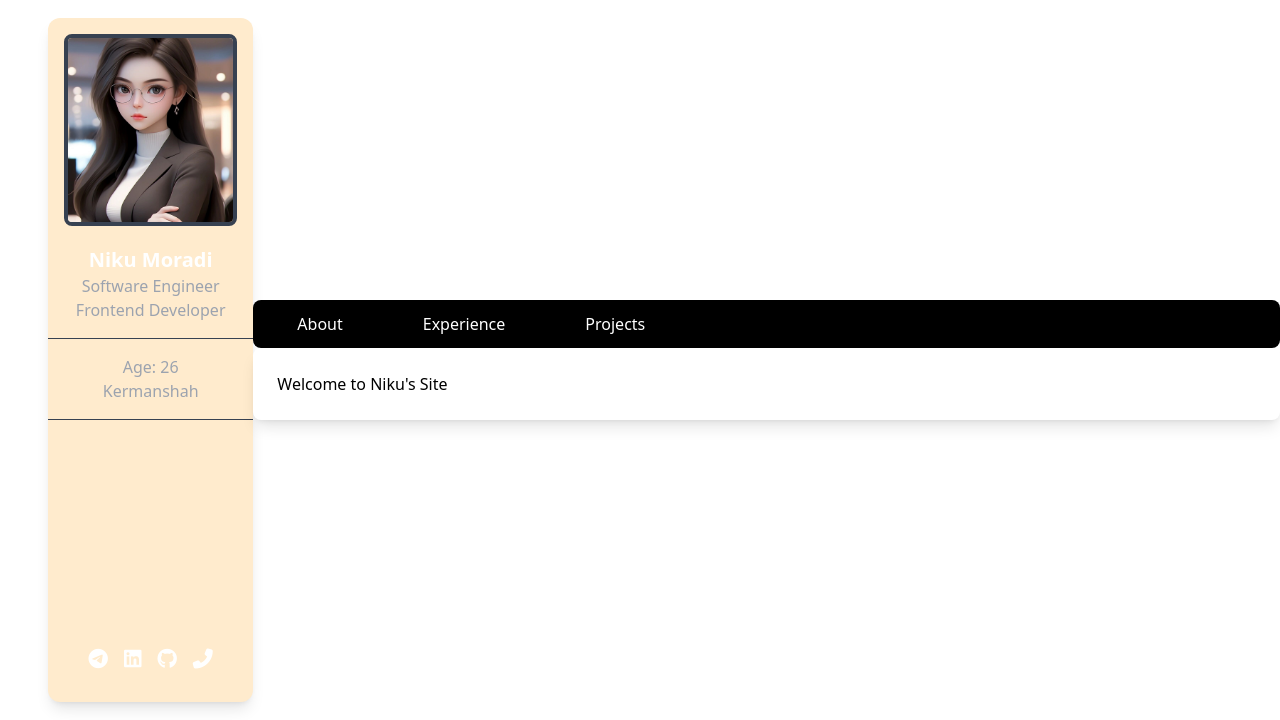
Repository: NikuMoradi/niku-moradi
Page: /
An editor plug-in stored every save of this project. The page is shown before and after the next save, followed by the edit.
The browser window is 1280 px wide. The pictures show the whole page.
The project was rebuilt for these pictures with package versions that can differ from the ones it lists, and the page was loaded fresh each time. The framework's server and built-in components were replaced by stand-ins that run in the browser. Also part of the build but not shown: nuxt.config.ts, components/Blog Posts/Component-Design.vue, components/Blog.vue, components/Contact.vue, components/Education.vue, components/Experience.vue, components/Hero.vue, components/MyPage.vue and 2 more.

Above is the page before, as saved 2024-11-28 21:18:14.

After the next save:
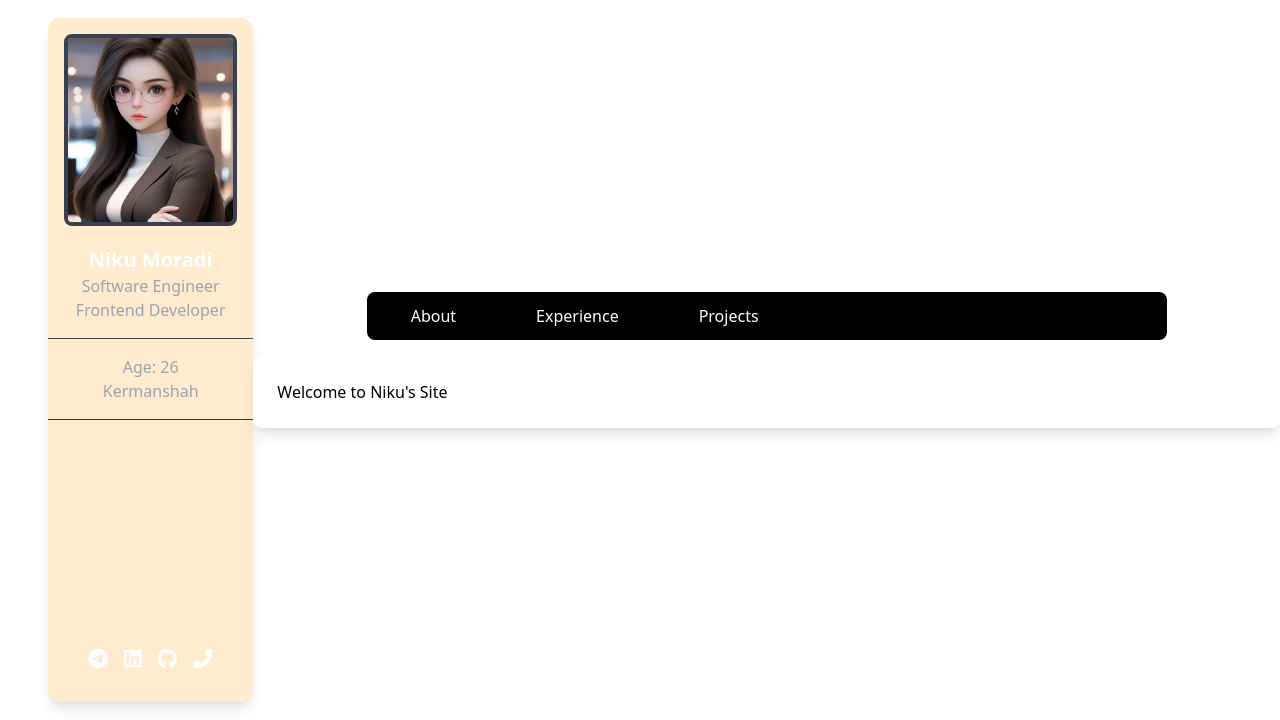
Saved 6 min 34 s later.
--- a/layouts/default.vue
+++ b/layouts/default.vue
@@ -5,7 +5,9 @@
 
     <!-- Menu and main content -->
     <div class="flex flex-col w-full max-w-6xl mx-auto">
-      <Menu />
+      <div class="w-full max-w-[800px] mx-auto mb-4">
+        <Menu />
+      </div>
       <!-- Scrollable and Fixed Card Container -->
       <main
         class="flex-1 p-6 overflow-auto max-h-[700px] bg-white rounded-lg shadow-lg"
